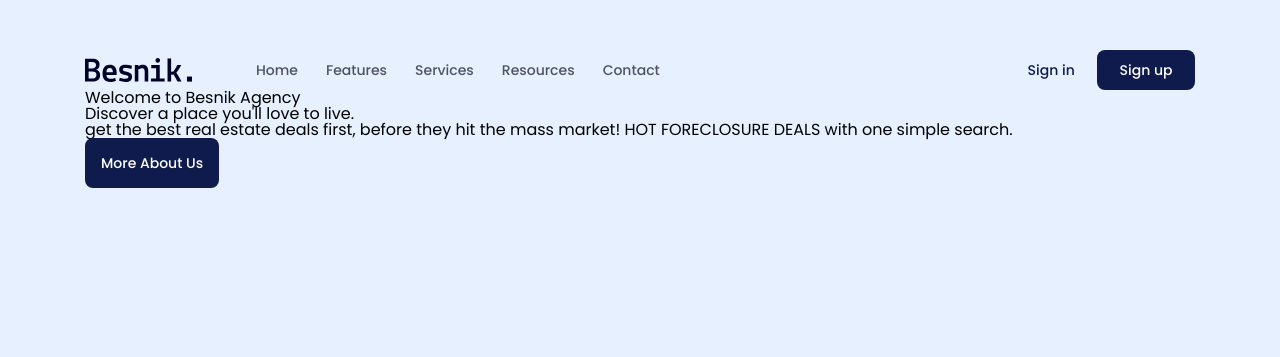
Repository: trungnguyen131/froject-01
Page: index.html
An editor plug-in stored every save of this project. The page is shown before and after a run of saves, followed by the edit.
The browser window is 1280 px wide. The pictures show the whole page.

Above is the page before, as saved 2024-02-25 23:26:12.

After the next 3 saves:
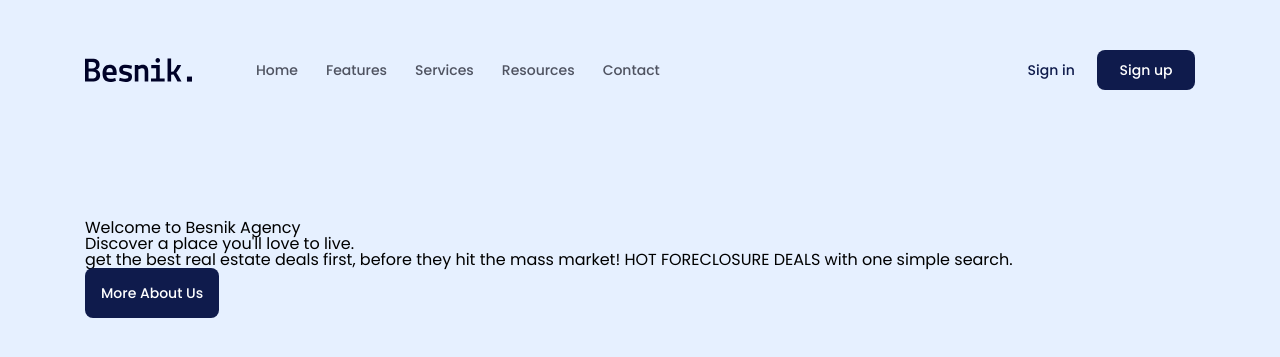
The 3 saves are shown as one change because they came seconds apart.
The last was saved 2 min 21 s later.
--- a/assets/css/style.css
+++ b/assets/css/style.css
@@ -74,3 +74,7 @@ a {
     padding: 13px 16px;
     margin-left: 18px;
 }
+
+.hero {
+    margin-top: 130px;
+}
